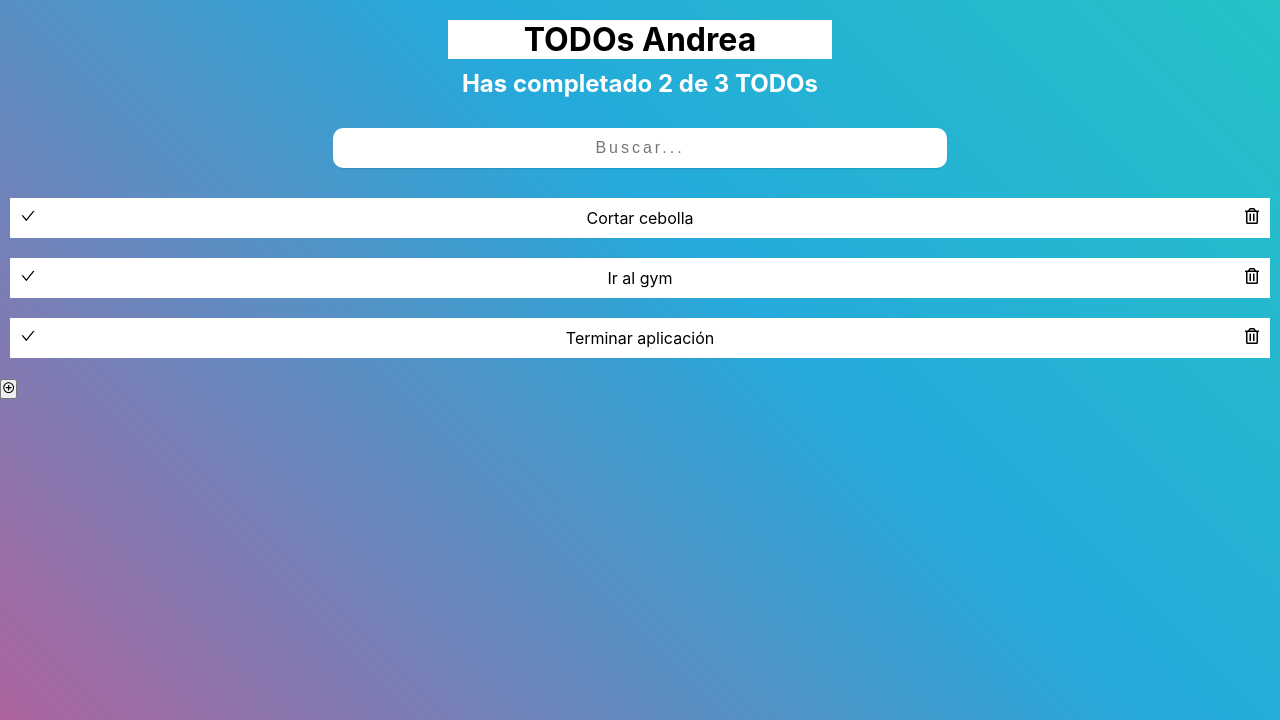
Repository: Pandrea-hub/TODOs
Page: /
These files come from the project's save history. The page is drawn as it stood at one moment and after the next save; the edit follows.
The browser window is 1280 px wide. The pictures show the whole page.
The project was rebuilt for these pictures with package versions that can differ from the ones it lists, and the page was loaded fresh each time. Also part of the build but not shown: src/TodoList.css.

Above is the page before, as saved 2022-06-07 10:00:41.

### src/index.js
import React from 'react';
import ReactDOM from 'react-dom/client';
import './index.css';
import App from './App';


const root = ReactDOM.createRoot(document.getElementById('root'));
root.render(
  <App/>
);

### src/index.css
body {
  margin: 0;
  font-family: -apple-system, BlinkMacSystemFont, 'Segoe UI', 'Roboto', 'Oxygen',
    'Ubuntu', 'Cantarell', 'Fira Sans', 'Droid Sans', 'Helvetica Neue',
    sans-serif;
  -webkit-font-smoothing: antialiased;
  -moz-osx-font-smoothing: grayscale;
}

code {
  font-family: source-code-pro, Menlo, Monaco, Consolas, 'Courier New',
    monospace;
}

#root{
  width: 100%;
  height: 100%;
  position: absolute;
  background: linear-gradient(45deg,#F17C58, #E94584, #24AADB , #27DBB1,#FFDC18, #FF3706);
  background-size: 600% 100%;
  animation: gradient 16s linear infinite;
  animation-direction: alternate;
}

@keyframes gradient {
  0% {background-position: 0%}
  100% {background-position: 100%}
}

### src/App.js
import './App.css';
import React from 'react';
import { TodoCounter } from './TodoCounter';
import { TodoItem } from './TodoItem';
import { CreateTodoButton } from './CreateTodoButton';
import { TodoList } from './TodoList';
import { TodoSearch } from './TodoSearch';


const todos = [
  {text: 'Cortar cebolla',completed: false},
  {text: 'Ir al gym',completed: false},
  {text: 'Terminar aplicación',completed: false},
]


function App() {
  return (
    <React.Fragment>
      <TodoCounter />
      <TodoSearch />


      <TodoList>
        {todos.map(todo =>(
          <TodoItem key={todo.text} text={todo.text} completed={todo.completed}/>
        ))}
      </TodoList>
      <CreateTodoButton />
    </React.Fragment>

  );
}

export default App;

### src/App.css
*{
  margin: 0;
  padding: 0;
  box-sizing: border-box;
}

.App {
  text-align: center;
}


.App-logo {
  height: 40vmin;
  pointer-events: none;
}

@media (prefers-reduced-motion: no-preference) {
  .App-logo {
    animation: App-logo-spin infinite 20s linear;
  }
}

.App-header {
  background-color: #282c34;
  min-height: 100vh;
  display: flex;
  flex-direction: column;
  align-items: center;
  justify-content: center;
  font-size: calc(10px + 2vmin);
  color: white;
}

.App-link {
  color: #61dafb;
}

@keyframes App-logo-spin {
  from {
    transform: rotate(0deg);
  }
  to {
    transform: rotate(360deg);
  }
}

### src/TodoCounter.js
import React from 'react';
import './TodoCounter.css';

function TodoCounter(){
    return (
        <div className='title'>
            <h1>TODOs Andrea</h1>
            <h2 className='TodoCounter'>Has completado 2 de 3 TODOs</h2>
        </div>
    );
}

export { TodoCounter };

### src/TodoItem.js
import React from 'react';
import './TodoItem.css';
import {AiOutlineCheck} from 'react-icons/ai';
import {FaRegTrashAlt} from 'react-icons/fa';

function TodoItem(props){
    return (
        <li className='TodoItem'>
            <span className={`Icon Icon-check ${props.completed && 'Icon-check--activate' }`}>
                <AiOutlineCheck />
            </span>
            <p className={`TodoItem-p ${props.completed && 'TodoItem-p--complete'}`}>
                {props.text}
            </p>
            <span className='Icon Icon-delete'>
               <FaRegTrashAlt />
            </span>
        </li>
    );

}

export {TodoItem};

### src/CreateTodoButton.js
import React from 'react';
import {IoMdAddCircleOutline} from 'react-icons/io';

function CreateTodoButton(props){
    return(
        <button>
            <IoMdAddCircleOutline />
        </button>
    );
}

export {CreateTodoButton};

### src/TodoList.js
import React from "react";
import './TodoList.css';

function TodoList(props){
    return(
        <section>
            <ul>
                {props.children}
            </ul>
        </section>

    );
}


export {TodoList};

### src/TodoSearch.js
import React from 'react';
import './TodoSearch.css';

function TodoSearch(){
    return(
        <input placeholder="Buscar..." />
    );
}

export { TodoSearch};

### src/TodoCounter.css
.title{
    text-align: center;
    color:white;
    margin: 20px auto;
}

.title h1{
    color:black;
    background-color:white;
    width: 30%;
    margin: 10px auto;
}

@media screen and (max-width:800px) {
    .title h1{
        width: 50%;
    }
}

### src/TodoItem.css
li{
    display: flex;
    padding: 10px;
    justify-content: space-between;
    background-color:white;
    margin: 20px 10px;
}

### src/TodoSearch.css
input {
    outline: none;
    width: 80%;
    height: 40px;
    margin: 10px 10%;
    text-align: center;
    letter-spacing: 3px;
    font-size: 16px;
    border:none;
    border-radius: 10px;
    box-shadow: 0 1px 1px 0 rgb(0 0 0 / 10%);
   max-width: 614px;
}

@media screen and (min-width:768px) {
    input{
        margin: 10px calc(50% - 307px);
    }
}

Loaded but not shown: public/index.html (common file)

After the next save:
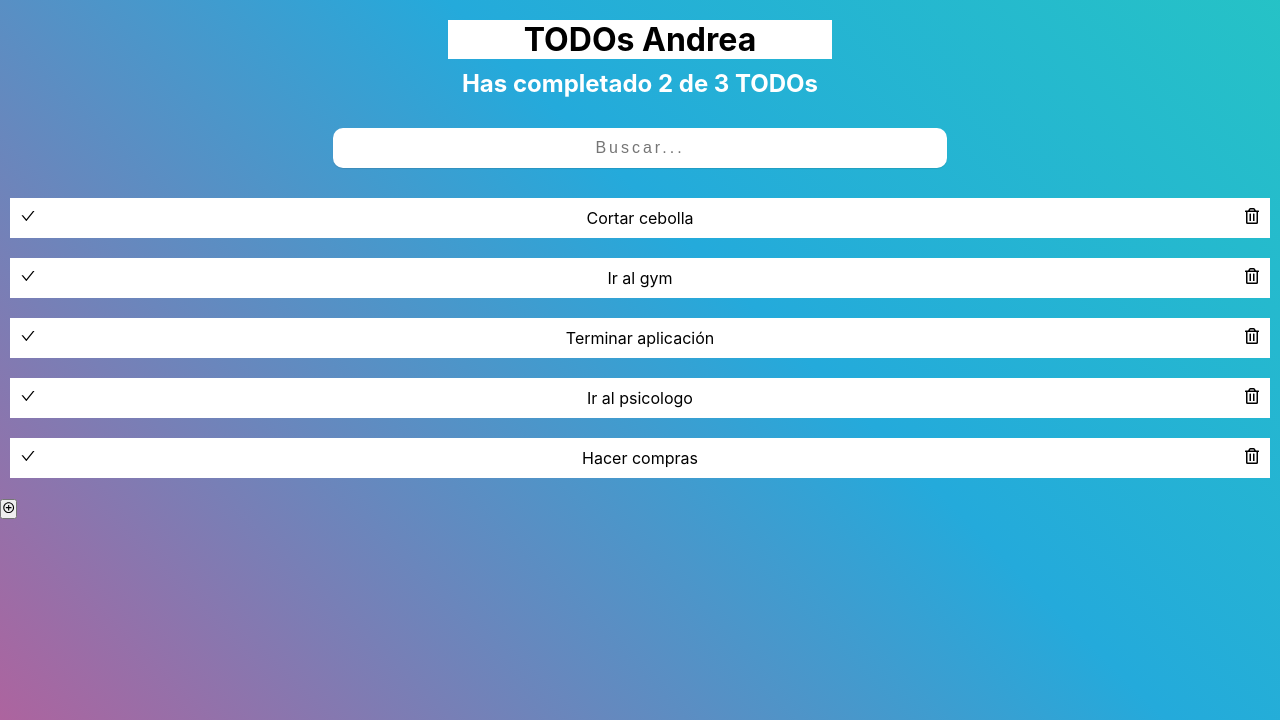
Saved 46 s later.
--- a/src/App.js
+++ b/src/App.js
@@ -11,6 +11,8 @@ const todos = [
   {text: 'Cortar cebolla',completed: false},
   {text: 'Ir al gym',completed: false},
   {text: 'Terminar aplicación',completed: false},
+  {text: 'Ir al psicologo', completed:true},
+  {text: 'Hacer compras', completed:true},
 ]
 
 
